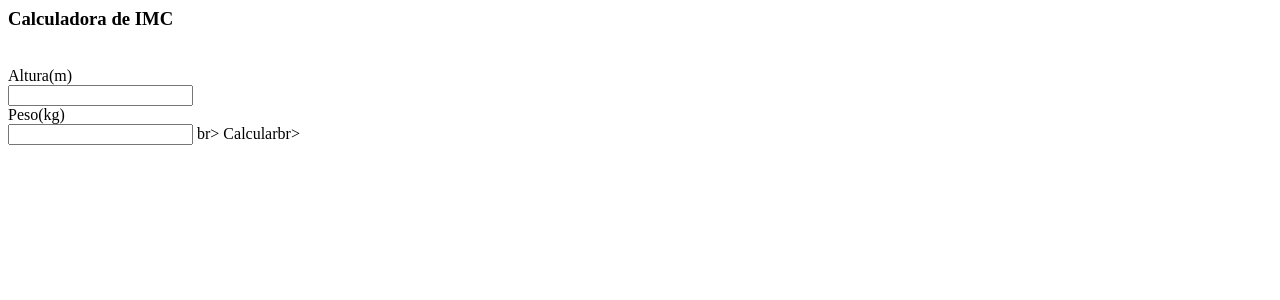
Repository: Patriciamativi/Projetos
Page: index.html
These files come from the project's save history. The page is drawn as it stood at one moment and after the next save; the edit follows.
The browser window is 1280 px wide. The pictures show the whole page.

Above is the page before, as saved 2022-11-17 20:46:30.

### index.html
<html>

    <head>
        <title>Calculadora de IMC</title>
        <meta charset="utf-8"/>
    </head>

    <body>
        <h3>Calculadora de IMC</h3>

    <br>
        Altura(m)<br/>
        <input type: "number" > </br>

        Peso(kg)<br/>
        <input type: "number" > </body>br>

        Calcular</html>br>
    </form>
</body>
</html>

After the next save:
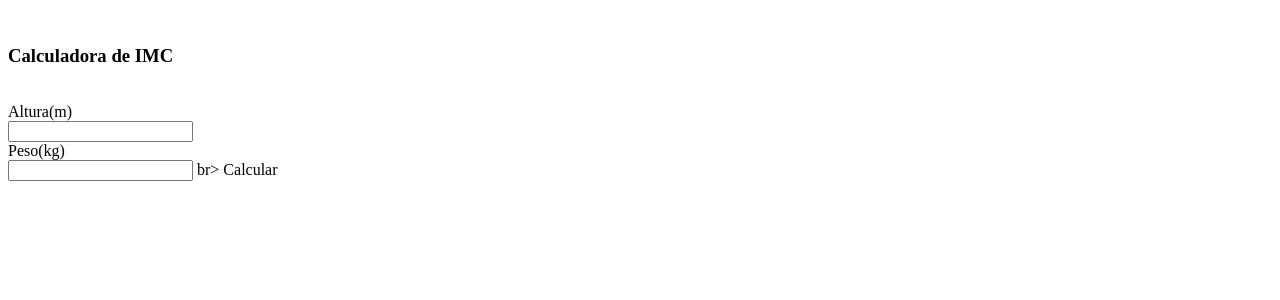
Saved 6 s later.
--- a/index.html
+++ b/index.html
@@ -1,4 +1,4 @@
-<html>
+<br>
 
     <head>
         <title>Calculadora de IMC</title>
@@ -15,7 +15,7 @@
         Peso(kg)<br/>
         <input type: "number" > </body>br>
 
-        Calcular</html>br>
+        Calcular</br>
     </form>
 </body>
 </html>
